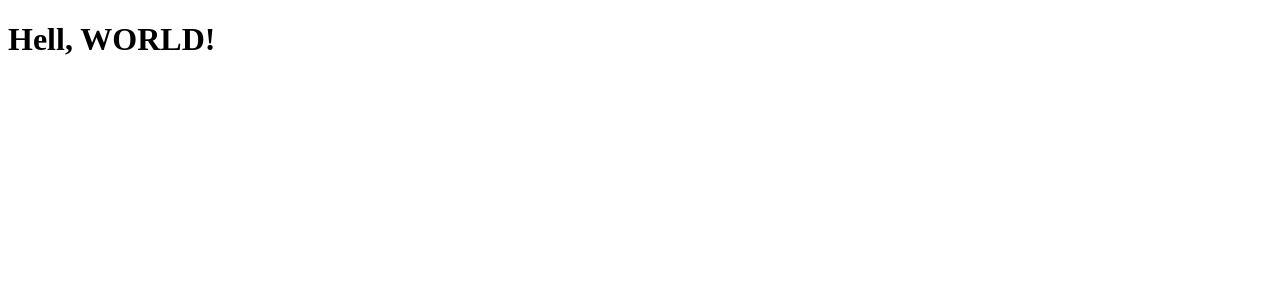
Repository: lgoze/COMP229-M2021-WK2
Page: index.html
These files come from the project's save history. The page is drawn as it stood at one moment and after the next save; the edit follows.
The browser window is 1280 px wide. The pictures show the whole page.

Above is the page before, as saved 2021-09-30 15:03:53.

### index.html
<!DOCTYPE html>
<html lang="en">
<head>
    <meta charset="UTF-8">
    <meta http-equiv="X-UA-Compatible" content="IE=edge">
    <meta name="viewport" content="width=device-width, initial-scale=1.0">
    <title>Demo-Comp229-Week2</title>
</head>
<body>
    <h1>Hell, WORLD!</h1>
</body>
</html>

After the next save:
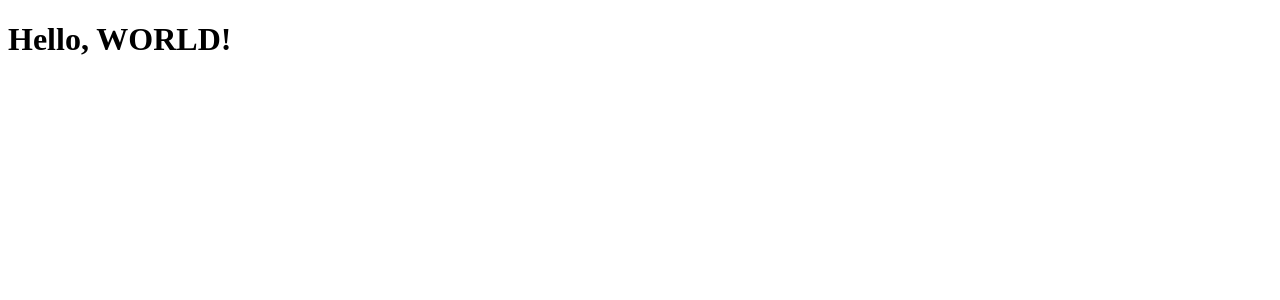
Saved 10 min 26 s later.
--- a/index.html
+++ b/index.html
@@ -7,6 +7,6 @@
     <title>Demo-Comp229-Week2</title>
 </head>
 <body>
-    <h1>Hell, WORLD!</h1>
+    <h1>Hello, WORLD!</h1>
 </body>
 </html>
